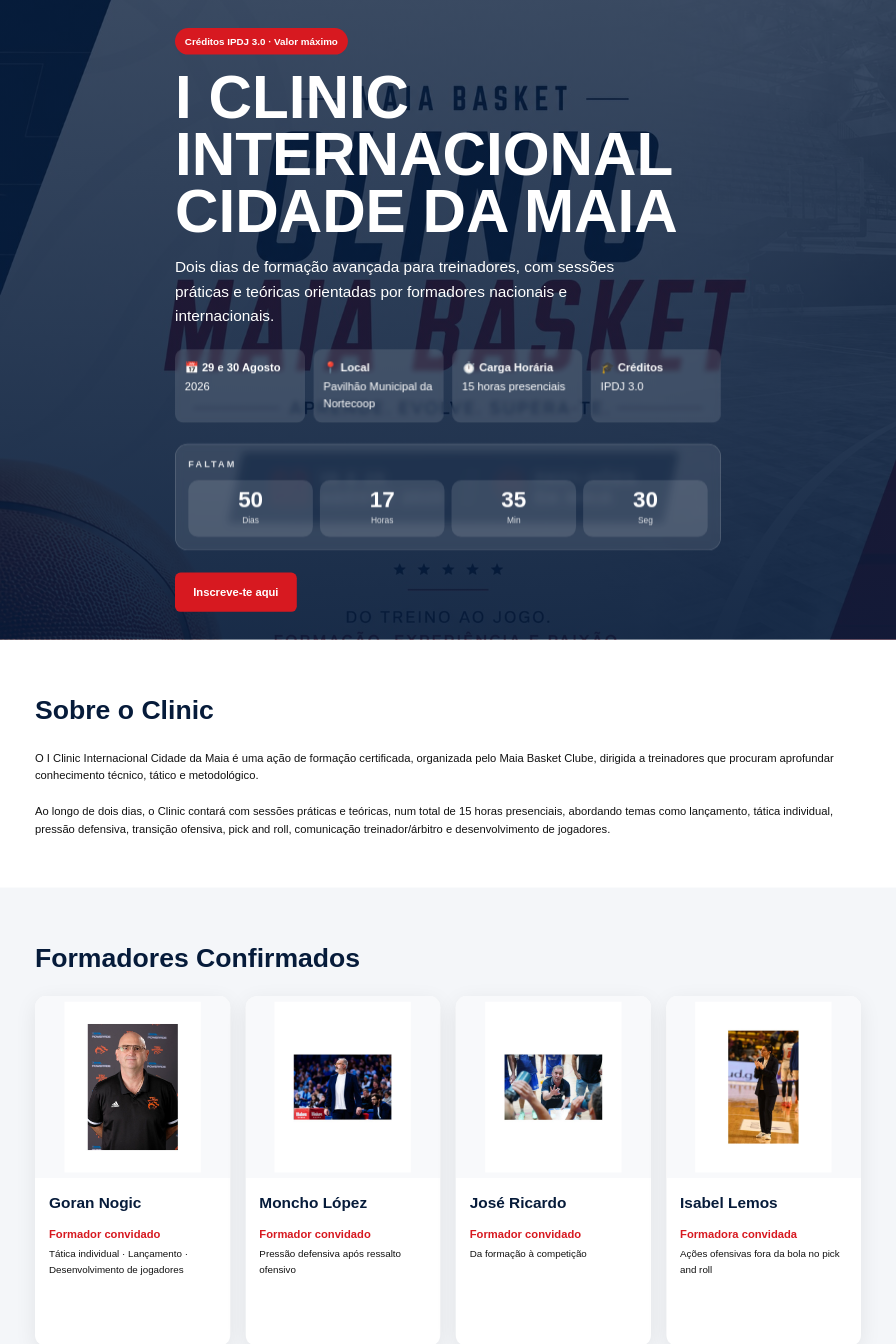
Repository: Vasco18Ferreira/clinic-internacional-maia
Page: index.html
These files come from the project's save history. The page is drawn as it stood at one moment and after the next save; the edit follows.
The browser window is 1280 px wide. The pictures show the part of the page from y = 0 to 1920 px (the page is 5485 px tall before and 13842 px after), at 70% of full size.

Above is the page before, as saved 2026-07-09 15:24:25.

### index.html
<!DOCTYPE html>
<html lang="pt">
<head>
  <meta charset="UTF-8" />
  <meta name="viewport" content="width=device-width, initial-scale=1.0" />
  <title>I Clinic Internacional Cidade da Maia</title>

<style>
  :root {
    --blue: #061b3a;
    --red: #d71920;
    --white: #ffffff;
    --light: #f4f6f9;
    --dark: #111111;
  }

  * {
    box-sizing: border-box;
    margin: 0;
    padding: 0;
  }

  body {
    font-family: Arial, sans-serif;
    color: var(--dark);
    background: var(--light);
    line-height: 1.6;
  }

  header {
    min-height: 90vh;
    background:
      linear-gradient(rgba(6, 27, 58, 0.78), rgba(6, 27, 58, 0.92)),
      url("clinic-capa.jpg");
    background-size: cover;
    background-position: center;
    color: var(--white);
    display: flex;
    align-items: center;
    padding: 40px 20px;
  }

  .container {
    width: 100%;
    max-width: 1180px;
    margin: auto;
  }

  .hero {
    max-width: 780px;
  }

  .tag {
    display: inline-block;
    background: var(--red);
    padding: 8px 14px;
    border-radius: 999px;
    font-size: 14px;
    font-weight: bold;
    margin-bottom: 20px;
  }

  h1 {
    font-size: clamp(42px, 8vw, 86px);
    line-height: 0.95;
    margin-bottom: 20px;
    text-transform: uppercase;
  }

  .subtitle {
    font-size: 22px;
    margin-bottom: 25px;
    max-width: 650px;
  }

  .info {
    display: grid;
    grid-template-columns: repeat(auto-fit, minmax(180px, 1fr));
    gap: 12px;
    margin: 30px 0;
  }

  .info div {
    background: rgba(255,255,255,0.12);
    padding: 14px;
    border-radius: 12px;
    backdrop-filter: blur(4px);
  }

  .btn {
    display: inline-block;
    background: var(--red);
    color: var(--white);
    padding: 15px 26px;
    text-decoration: none;
    font-weight: bold;
    border-radius: 8px;
    margin-top: 10px;
  }

  section {
    padding: 70px 20px;
  }

  section.white {
    background: var(--white);
  }

  h2 {
    font-size: 38px;
    color: var(--blue);
    margin-bottom: 25px;
  }

  .grid {
    display: grid;
    grid-template-columns: repeat(auto-fit, minmax(260px, 1fr));
    gap: 22px;
  }

  .card {
    background: var(--white);
    padding: 26px;
    border-radius: 16px;
    box-shadow: 0 8px 30px rgba(0,0,0,0.08);
  }

  .white .card {
    background: var(--light);
  }

  .card h3 {
    color: var(--blue);
    margin-bottom: 10px;
  }

  .price {
    font-size: 30px;
    color: var(--red);
    font-weight: bold;
    margin-top: 10px;
  }

  .programa {
    border-left: 5px solid var(--red);
    padding-left: 20px;
    margin-bottom: 24px;
  }

  .programa p {
    margin: 8px 0;
  }

  .mapa {
    background: var(--blue);
    color: var(--white);
    border-radius: 18px;
    padding: 30px;
  }

  .mapa h3 {
    color: var(--white);
    margin-bottom: 15px;
  }

  footer {
    background: var(--blue);
    color: var(--white);
    text-align: center;
    padding: 35px 20px;
  }

  .small {
    font-size: 14px;
    opacity: 0.85;
  }
  .countdown-premium {
  margin: 28px 0 22px;
  padding: 18px;
  border-radius: 18px;
  background: rgba(255,255,255,0.10);
  border: 1px solid rgba(255,255,255,0.18);
  backdrop-filter: blur(6px);
}

.countdown-premium p {
  text-transform: uppercase;
  letter-spacing: 3px;
  font-size: 13px;
  font-weight: bold;
  margin-bottom: 12px;
  opacity: 0.85;
}

.countdown-boxes {
  display: grid;
  grid-template-columns: repeat(4, 1fr);
  gap: 10px;
}

.countdown-boxes div {
  background: rgba(255,255,255,0.12);
  border-radius: 14px;
  padding: 12px 8px;
  text-align: center;
}

.countdown-boxes strong {
  display: block;
  font-size: 32px;
  line-height: 1;
  color: var(--white);
}

.countdown-boxes span {
  font-size: 12px;
  opacity: 0.85;
}

@media (max-width: 600px) {
  .countdown-boxes {
    grid-template-columns: repeat(2, 1fr);
  }
}

  /* FORMADORES - MOSAICO */
.speaker-card {
  padding: 0;
  overflow: hidden;
  display: flex;
  flex-direction: column;
  height: 100%;
  min-height: 500px;
}

.speaker-card img {
  width: 100%;
  height: 260px;
  object-fit: contain;
  object-position: center;
  display: block;
  background: #f8f9fb;
  padding: 8px;
}

.speaker-card h3 {
  padding: 18px 20px 0;
  font-size: 22px;
}

.speaker-card p {
  padding: 4px 20px;
  font-weight: bold;
  color: var(--red);
}

.speaker-card span {
  display: block;
  padding: 0 20px 22px;
  font-size: 14px;
  flex-grow: 1;
}

@media (max-width: 900px) {
  .speakers {
    grid-template-columns: 1fr 1fr;
  }
}

@media (max-width: 600px) {
  .speakers {
    grid-template-columns: 1fr;
  }

  h1 {
    font-size: 46px;
  }

  .subtitle {
    font-size: 18px;
  }
}
</style>
</head>

<body>

<header>
  <div class="container hero">
    <span class="tag">Créditos IPDJ 3.0 · Valor máximo</span>

    <h1>I Clinic Internacional<br>Cidade da Maia</h1>

    <p class="subtitle">
      Dois dias de formação avançada para treinadores, com sessões práticas e teóricas orientadas por formadores nacionais e internacionais.
    </p>

    <div class="info">
      <div><strong>📅 29 e 30 Agosto</strong><br>2026</div>
      <div><strong>📍 Local</strong><br>Pavilhão Municipal da Nortecoop</div>
      <div><strong>⏱️ Carga Horária</strong><br>15 horas presenciais</div>
      <div><strong>🎓 Créditos</strong><br>IPDJ 3.0</div>
    </div>

    <div class="countdown-premium">
  <p>Faltam</p>

  <div class="countdown-boxes">
    <div>
      <strong id="days">00</strong>
      <span>Dias</span>
    </div>

    <div>
      <strong id="hours">00</strong>
      <span>Horas</span>
    </div>

    <div>
      <strong id="minutes">00</strong>
      <span>Min</span>
    </div>

    <div>
      <strong id="seconds">00</strong>
      <span>Seg</span>
    </div>
  </div>
</div>

    <a class="btn" href="https://forms.gle/Ad7RbMQL5vM1H9MT7" target="_blank">
      Inscreve-te aqui
    </a>
  </div>
</header>

<section class="white">
  <div class="container">
    <h2>Sobre o Clinic</h2>

    <p>
      O I Clinic Internacional Cidade da Maia é uma ação de formação certificada, organizada pelo Maia Basket Clube, dirigida a treinadores que procuram aprofundar conhecimento técnico, tático e metodológico.
    </p>

    <br>

    <p>
      Ao longo de dois dias, o Clinic contará com sessões práticas e teóricas, num total de 15 horas presenciais, abordando temas como lançamento, tática individual, pressão defensiva, transição ofensiva, pick and roll, comunicação treinador/árbitro e desenvolvimento de jogadores.
    </p>
  </div>
</section>

<section>
  <div class="container">
    <h2>Formadores Confirmados</h2>

    <div class="grid speakers">

      <div class="card speaker-card">
        <img src="assets/goran.jpg" alt="Goran Nogic">
        <h3>Goran Nogic</h3>
        <p>Formador convidado</p>
        <span>Tática individual · Lançamento · Desenvolvimento de jogadores</span>
      </div>

      <div class="card speaker-card">
        <img src="assets/moncho.jpg" alt="Moncho López">
        <h3>Moncho López</h3>
        <p>Formador convidado</p>
        <span>Pressão defensiva após ressalto ofensivo</span>
      </div>

      <div class="card speaker-card">
        <img src="assets/jose-ricardo.jpg" alt="José ricardo">
        <h3>José Ricardo</h3>
        <p>Formador convidado</p>
        <span>Da formação à competição</span>
      </div>

      <div class="card speaker-card">
        <img src="assets/isabel.jpg" alt="Isabel Lemos">
        <h3>Isabel Lemos</h3>
        <p>Formadora convidada</p>
        <span>Ações ofensivas fora da bola no pick and roll</span>
      </div>

      <div class="card speaker-card">
        <img src="assets/pedro.jpg" alt="Pedro Paiva">
        <h3>Pedro Paiva</h3>
        <p>Formador convidado</p>
        <span>Ferramentas técnicas em contexto de jogo coletivo</span>
      </div>

      <div class="card speaker-card">
        <img src="assets/nuno-rodrigues.jpg" alt="Nuno Rodrigues">
        <h3>Nuno Rodrigues</h3>
        <p>Formador convidado</p>
        <span>Transição · Quick offense</span>
      </div>

      <div class="card speaker-card">
        <img src="assets/paulo-neta.jpg" alt="Paulo Neta">
        <h3>Paulo Neta</h3>
        <p>Formador convidado</p>
        <span>O treinador como parte de um sistema</span>
      </div>

      <div class="card speaker-card">
        <img src="assets/nuno-monteiro.jpg" alt="Nuno Monteiro">
        <h3>Nuno Monteiro</h3>
        <p>Formador convidado</p>
        <span>Faltas antidesportivas · Comunicação árbitro/treinador</span>
      </div>

      <div class="card speaker-card">
        <img src="assets/joao-figueiredo.jpg" alt="João Figueiredo">
        <h3>João Figueiredo</h3>
        <p>Formador convidado</p>
        <span>Pick and roll · Soluções ofensivas e defesa agressiva</span>
      </div>

    </div>
  </div>
</section>

<section class="white">
  <div class="container">
    <h2>Programa</h2>

    <div class="grid">
      <div class="card">
        <h3>Sábado, 29 Agosto</h3>
        <div class="programa">
          <p><strong>09h00 - 12h45</strong> — Sessões da manhã</p>
          <p><strong>12h45 - 14h45</strong> — Pausa para almoço</p>
          <p><strong>14h45 - 18h30</strong> — Sessões da tarde</p>
        </div>
      </div>

      <div class="card">
        <h3>Domingo, 30 Agosto</h3>
        <div class="programa">
          <p><strong>09h00 - 12h45</strong> — Sessões da manhã</p>
          <p><strong>12h45 - 14h45</strong> — Pausa para almoço</p>
          <p><strong>14h45 - 18h30</strong> — Sessões da tarde</p>
        </div>
      </div>
    </div>

    <p class="small">Programa detalhado sujeito a confirmação final.</p>
  </div>
</section>

<section>
  <div class="container">
    <h2>Inscrição</h2>

    <div class="grid">
      <div class="card">
        <h3>Inscrição Geral</h3>
        <p>Acesso aos dois dias do Clinic.</p>
        <div class="price">40€</div>
      </div>

      <div class="card">
        <h3>Certificação</h3>
        <p>Ação creditada com 3.0 créditos IPDJ.</p>
        <div class="price">3.0</div>
      </div>

      <div class="card">
        <h3>Vagas Previstas</h3>
        <p>Número estimado de candidatos.</p>
        <div class="price">200</div>
      </div>
    </div>

    <br>

    <a class="btn" href="https://forms.gle/EXb84ibEogxBvDj16" target="_blank">
      Inscreve-te aqui
    </a>
  </div>
</section>

<section class="white">
  <div class="container">
    <h2>Onde almoçar</h2>
    <p>
      Para apoiar os nossos parceiros locais e facilitar a logística dos participantes, teremos menus especiais em restaurantes próximos do pavilhão.
      A escolha do restaurante será feita no formulário de inscrição.
    </p>

    <br>

    <div class="grid">
      <div class="card">
        <h3>Restaurante 1</h3>
        <p><strong>Menu:</strong> a confirmar</p>
        <p><strong>Valor:</strong> a confirmar</p>
        <p><strong>Distância:</strong> perto do pavilhão</p>
        <p><strong>Lugares:</strong> limitados</p>
      </div>

      <div class="card">
        <h3>Restaurante 2</h3>
        <p><strong>Menu:</strong> a confirmar</p>
        <p><strong>Valor:</strong> a confirmar</p>
        <p><strong>Distância:</strong> perto do pavilhão</p>
        <p><strong>Lugares:</strong> limitados</p>
      </div>

      <div class="card">
        <h3>Restaurante 3</h3>
        <p><strong>Menu:</strong> a confirmar</p>
        <p><strong>Valor:</strong> a confirmar</p>
        <p><strong>Distância:</strong> perto do pavilhão</p>
        <p><strong>Lugares:</strong> limitados</p>
      </div>
    </div>
  </div>
</section>

<section>
  <div class="container">
    <h2>Localização</h2>

    <div class="mapa">
      <h3>📍 Pavilhão Municipal da Nortecoop</h3>
      <p>
        O evento decorrerá no Pavilhão Municipal da Nortecoop, com restaurantes parceiros localizados a curta distância a pé.
      </p>
      <br>
      <p>🅿️ Estacionamento nas proximidades</p>
      <p>🍽️ Restaurantes parceiros próximos</p>
      <p>🚶 Deslocações possíveis a pé</p>
    </div>
  </div>
</section>

<section class="white">
  <div class="container">
    <h2>Perguntas frequentes</h2>

    <div class="grid">
      <div class="card">
        <h3>O Clinic dá créditos IPDJ?</h3>
        <p>Sim. O Clinic tem aprovação para créditos IPDJ 3.0.</p>
      </div>

      <div class="card">
        <h3>O almoço está incluído?</h3>
        <p>Não. Os participantes poderão reservar menu nos restaurantes parceiros através do formulário.</p>
      </div>

      <div class="card">
        <h3>Como faço o pagamento?</h3>
        <p>As informações de pagamento serão enviadas após o preenchimento do formulário.</p>
      </div>
    </div>
  </div>
</section>

<footer>
  <h3>Maia Basket Clube</h3>
  <p>I Clinic Internacional Cidade da Maia — 29 e 30 de Agosto de 2026</p>
  <p class="small">Contactos: email@maiabasket.pt | 9XX XXX XXX</p>
</footer>

<script>
  const eventDate = new Date("2026-08-29T09:00:00").getTime();

  function updateCountdown() {
    const now = new Date().getTime();
    const distance = eventDate - now;

    if (distance <= 0) return;

    document.getElementById("days").innerText =
      Math.floor(distance / (1000 * 60 * 60 * 24));

    document.getElementById("hours").innerText =
      Math.floor((distance / (1000 * 60 * 60)) % 24);

    document.getElementById("minutes").innerText =
      Math.floor((distance / (1000 * 60)) % 60);

    document.getElementById("seconds").innerText =
      Math.floor((distance / 1000) % 60);
  }

  updateCountdown();
  setInterval(updateCountdown, 1000);
</script>
</body>
</html>

After the next save:
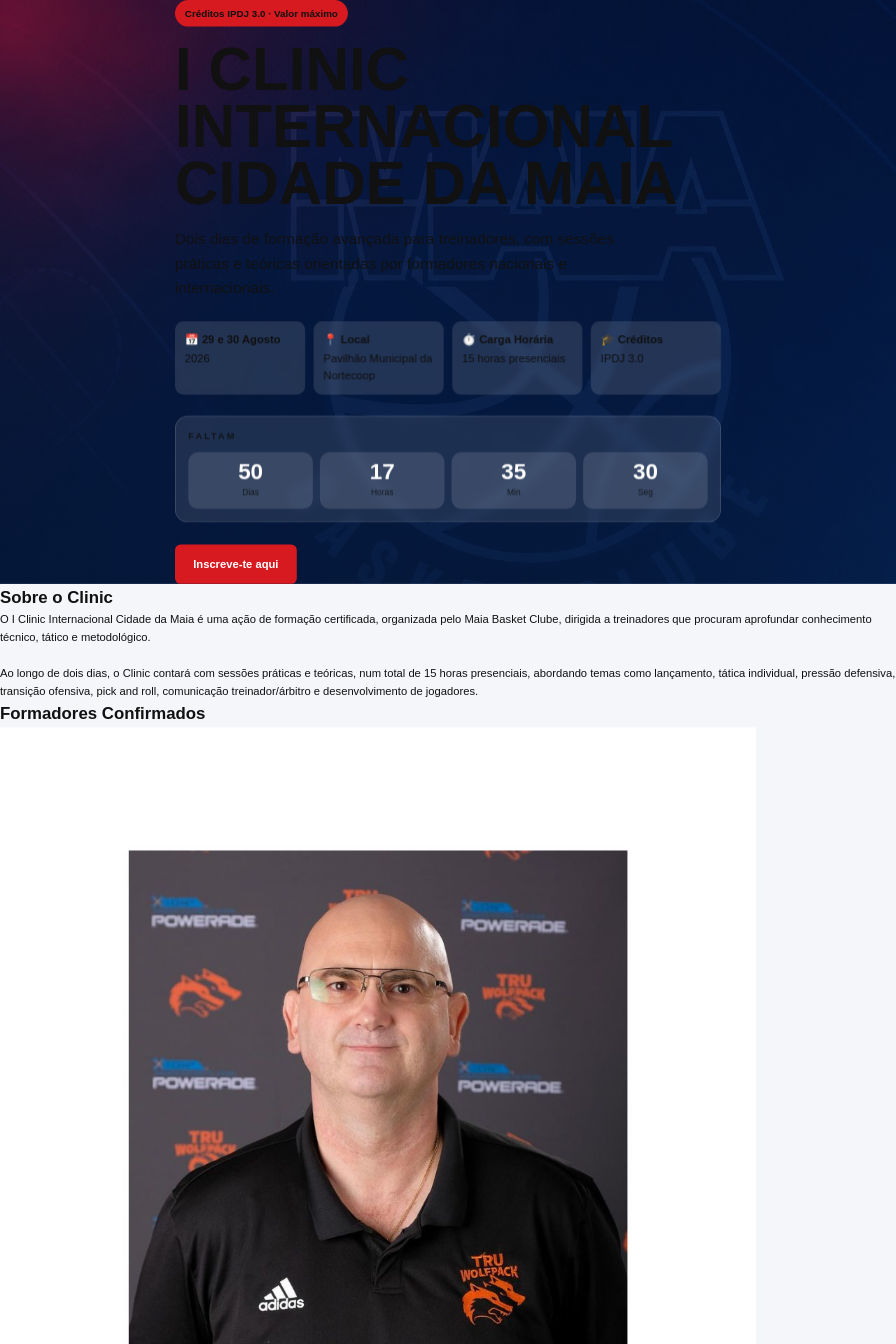
Saved 55 min 37 s later.
--- a/index.html
+++ b/index.html
@@ -27,18 +27,11 @@
     line-height: 1.6;
   }
 
-  header {
-    min-height: 90vh;
-    background:
-      linear-gradient(rgba(6, 27, 58, 0.78), rgba(6, 27, 58, 0.92)),
-      url("clinic-capa.jpg");
-    background-size: cover;
-    background-position: center;
-    color: var(--white);
-    display: flex;
-    align-items: center;
-    padding: 40px 20px;
-  }
+header {
+  min-height: 90vh;
+  background:
+    linear-gradient(rgba(6,27,58,.45), rgba(6,27,58,.72)),
+    url("clinic-bg.jpg");
 
   .container {
     width: 100%;
